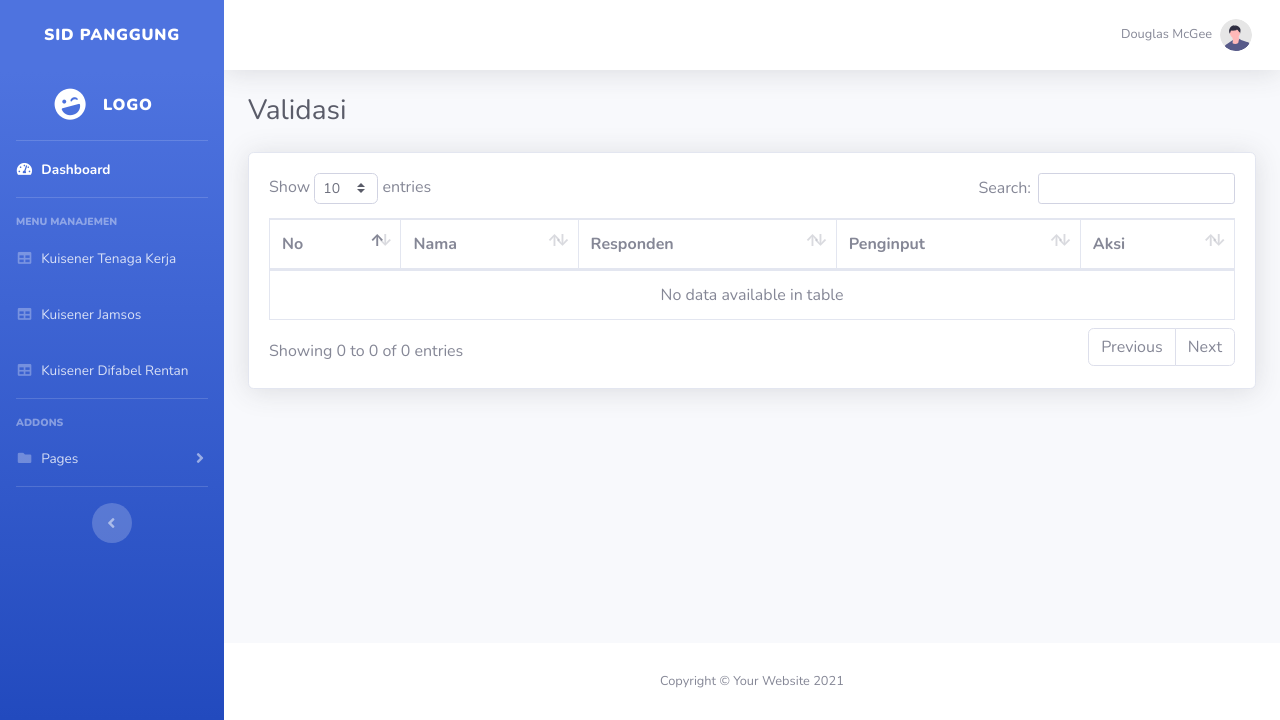
Repository: rusmn06/webpanggung
Page: http://localhost/admin/tenagakerja
The author's editor kept a copy of each file at every save. The page is drawn from the files as they stood at one save, then again after the next save.
The browser window is 1280 px wide. The pictures show the whole page.
The page is served by the project's Laravel application, run on PHP 8.4 with Laravel 12. A made-up administrator, Test User (test@example.com), is signed in. Other server files are loaded and not shown. Queries for data that is not in the repository find no rows.

Above is the page before, as saved 2025-05-25 10:09:50.

### app/Models/User.php
<?php

namespace App\Models;

use Illuminate\Database\Eloquent\Factories\HasFactory;
use Illuminate\Foundation\Auth\User as Authenticatable;
use Illuminate\Notifications\Notifiable;

class User extends Authenticatable
{
    use HasFactory, Notifiable;

    protected $fillable = [
        'name',
        'username',
        'password',
        'role',
    ];

    protected $hidden = [
        'password',
        'remember_token',
    ];

    protected $casts = [
        'password' => 'hashed',
    ];

    public function isAdmin()
    {
        return $this->role === 'admin';
    }

    public function isUser()
    {
        return $this->role === 'user';
    }
}

### app/Http/Controllers/Admin/TenagaKerjaVerifController.php
<?php

namespace App\Http\Controllers\Admin;

use App\Http\Controllers\Controller;
use Illuminate\Http\Request;
use App\Models\RumahTangga; // <-- Ganti ke RumahTangga
// Hapus TenagaKerja jika tidak dipakai lagi
// use App\Models\TenagaKerja;
use Illuminate\Support\Facades\Auth;
use Illuminate\Support\Facades\Storage; // <-- Tambahkan untuk handle TTD lama

class TenagaKerjaVerifController extends Controller
{
    /**
     * Menampilkan daftar Rumah Tangga yang statusnya 'pending'.
     */
    public function index()
    {
        // Ambil data RumahTangga, bukan TenagaKerja
        $items = RumahTangga::where('status_validasi', 'pending')
                            ->orderBy('created_at', 'desc') // Urutkan berdasarkan terbaru
                            ->paginate(15);

        // Ganti view jika perlu, atau pastikan view index bisa handle $items (RumahTangga)
        return view('admin.tkw.index', compact('items'));
    }

    /**
     * Menampilkan detail Rumah Tangga dan anggotanya untuk divalidasi.
     */
    public function show($id)
    {
        // Ambil RumahTangga DENGAN anggotanya (Eager Loading)
        $item = RumahTangga::with('anggotaKeluarga')->findOrFail($id);
        // Ganti view jika perlu, atau pastikan view show bisa handle $item (RumahTangga)
        return view('admin.tkw.show', compact('item'));
    }

    /**
     * Memproses persetujuan (approve) data Rumah Tangga.
     */
    public function approve(Request $request, $id)
    {
        $item = RumahTangga::findOrFail($id); // Ambil RumahTangga

        // Validasi input admin
        $data = $request->validate([
            'admin_tgl_validasi'     => 'required|date',
            'admin_nama_kepaladusun' => 'required|string|max:100', // Ganti max:100
            'admin_ttd_pendata'      => 'nullable|image|mimes:jpeg,png,jpg|max:2048',
        ]);

        // Handle upload TTD Admin
        if ($request->hasFile('admin_ttd_pendata')) {
            // Hapus TTD lama jika ada
            if ($item->admin_ttd_pendata) {
                Storage::disk('public')->delete('ttd/' . $item->admin_ttd_pendata); // Sesuaikan path jika perlu
            }
            $path = $request->file('admin_ttd_pendata')->store('ttd/admin', 'public'); // Simpan ke folder admin
            $data['admin_ttd_pendata'] = basename($path);
        }

        // Set status dan ID admin
        $data['status_validasi'] = 'validated';
        // $data['admin_id']        = Auth::id(); // Pastikan kamu punya kolom admin_id jika perlu

        // Update data RumahTangga
        $item->update($data);

        return redirect()
            ->route('admin.tkw.index')
            ->with('success', 'Data rumah tangga #'.$id.' berhasil divalidasi!');
    }

    /**
     * Menandai data Rumah Tangga sebagai ditolak (reject).
     */
    public function reject($id)
    {
        $item = RumahTangga::findOrFail($id); // Ambil RumahTangga
        $item->update(['status_validasi' => 'rejected']); // Update statusnya

        return redirect()->route('admin.tkw.index')
                         ->with('warning', 'Data rumah tangga #'.$id.' ditolak.');
    }
}

### app/Models/RumahTangga.php
<?php

namespace App\Models;

use Illuminate\Database\Eloquent\Factories\HasFactory;
use Illuminate\Database\Eloquent\Model;
use Illuminate\Database\Eloquent\Casts\Attribute;

class RumahTangga extends Model
{
    use HasFactory;

    protected $table = 'fm_rumah_tangga';

    // $fillable, $casts, dan relasi
    protected $fillable = [
        'provinsi', 'kabupaten', 'kecamatan', 'desa', 'rt', 'rw',
        'tgl_pembuatan', 'nama_pendata', 'nama_responden',
        'jart', 'jart_ab', 'jart_tb', 'jart_ms', 'jpr2rtp',
        'verif_tgl_pembuatan', 'verif_nama_pendata', 'ttd_pendata',
        'status_validasi', 'user_id',
        'admin_tgl_validasi', 'admin_nama_kepaladusun', 'admin_ttd_pendata',
    ];

    protected $casts = [
        'tgl_pembuatan' => 'date',
        'verif_tgl_pembuatan' => 'date',
        'admin_tgl_validasi' => 'date',
    ];

    public function anggotaKeluarga()
    {
        return $this->hasMany(AnggotaKeluarga::class);
    }

    public function user()
    {
        return $this->belongsTo(User::class);
    }

}

### resources/views/admin/tkw/index.blade.php
{{-- resources/views/pages/tenagakerja/index.blade.php --}}
@extends('layouts.main')

@section('title', 'Validasi')

@push('styles')
    <!-- DataTables CSS -->
    <link href="{{ asset('template/vendor/datatables/dataTables.bootstrap4.min.css') }}" rel="stylesheet">
@endpush

@section('content')
    <!-- Page Heading -->
    <div class="d-sm-flex align-items-center justify-content-between mb-4">
        <h1 class="h3 mb-0 text-gray-800">Validasi</h1>
    </div>

    <!-- DataTables -->
    <div class="card shadow mb-4">
        <div class="card-body">
            <div class="table-responsive">
                <table id="dataTable" class="table table-bordered" width="100%" cellspacing="0">
                    <thead>
                        <tr>
                            <th>No</th>
                            <th>Nama</th>
                            <th>Responden</th>
                            <th>Penginput</th>
                            <th>Aksi</th>
                        </tr>
                    </thead>
                    <tbody>
                        @foreach($items as $item)
                            <tr>
                                <td>{{ $items->firstItem() + $loop->index }}</td>
                                <td>{{ $item->nama }}</td>
                                <td>{{ $item->nama_responden }}</td>
                                <td>{{ $item->verif_nama_pendata }}</td>
                                <td>
                                    <a href="{{ route('admin.tkw.show', $item->id) }}"
                                       class="btn btn-sm btn-primary">
                                        Lihat &amp; Validasi
                                    </a>
                                </td>
                            </tr>
                        @endforeach
                    </tbody>
                </table>
                {{ $items->links() }}
            </div>
        </div>
    </div>
@endsection

@push('scripts')
    <!-- DataTables JS -->
    <script src="{{ asset('template/vendor/datatables/jquery.dataTables.min.js') }}"></script>
    <script src="{{ asset('template/vendor/datatables/dataTables.bootstrap4.min.js') }}"></script>
    <script>
        $(function() {
            $('#dataTable').DataTable({
                // Opsi tambahan (optional):
                // "ordering": false, // non‐urutkan kolom
                // "paging": true,    // pakai paging client‐side
            });
        });
    </script>
@endpush

### resources/views/layouts/main.blade.php
<!DOCTYPE html>
<html lang="en">
<head>
    <meta charset="utf-8">
    <meta http-equiv="X-UA-Compatible" content="IE=edge">
    <meta name="viewport" content="width=device-width, initial-scale=1, shrink-to-fit=no">
    <title>@yield('title', 'Dashboard')</title>

    <!-- Fonts & Icons -->
    <link href="{{ asset('template/vendor/fontawesome-free/css/all.min.css') }}" rel="stylesheet">
    <link href="https://fonts.googleapis.com/css?family=Nunito:200,300,400,700,900" rel="stylesheet">

    <!-- SB Admin 2 CSS -->
    <link href="{{ asset('template/css/sb-admin-2.min.css') }}" rel="stylesheet">
    @stack('styles')
</head>
<body id="page-top">
    <div id="wrapper">
        @include('layouts.sidebar')
        <div id="content-wrapper" class="d-flex flex-column">
            <div id="content">
                @include('layouts.navbar')
                <div class="container-fluid">
                    @yield('content')
                </div>
            </div>
            @include('layouts.footer')
        </div>
    </div>

    <!-- Scroll to Top-->
    <a class="scroll-to-top rounded" href="#page-top">
        <i class="fas fa-angle-up"></i>
    </a>

    <!-- Logout Modal-->
    <div class="modal fade" id="logoutModal" tabindex="-1" role="dialog" aria-labelledby="exampleModalLabel"
        aria-hidden="true">
        <div class="modal-dialog" role="document">
            <div class="modal-content">
                <div class="modal-header">
                    <h5 class="modal-title" id="exampleModalLabel">Ready to Leave?</h5>
                    <button class="close" type="button" data-dismiss="modal" aria-label="Close">
                        <span aria-hidden="true">×</span>
                    </button>
                </div>
                <div class="modal-body">Select "Logout" below if you are ready to end your current session.</div>
                <div class="modal-footer">
                    <button class="btn btn-secondary" type="button" data-dismiss="modal">Cancel</button>
                    <a class="btn btn-primary" href="login.html">Logout</a>
                </div>
            </div>
        </div>
    </div>

    <!-- JS -->
    <script src="{{ asset('template/vendor/jquery/jquery.min.js') }}"></script>
    <script src="{{ asset('template/vendor/bootstrap/js/bootstrap.bundle.min.js') }}"></script>
    <script src="{{ asset('template/vendor/jquery-easing/jquery.easing.min.js') }}"></script>
    <script src="{{ asset('template/js/sb-admin-2.min.js') }}"></script>
    @stack('scripts')
</body>
</html>

### resources/views/layouts/sidebar.blade.php
<ul class="navbar-nav bg-gradient-primary sidebar sidebar-dark accordion" id="accordionSidebar">

            <!-- Sidebar - Brand -->
            <a class="sidebar-brand d-flex align-items-center justify-content-center" href="/dashboard">
                <div class="sidebar-brand-text mx-3">SID Panggung</div>
            </a>

            <!-- Sidebar - Brand -->
            <a class="sidebar-brand d-flex align-items-center justify-content-center" href="/dashboard">
                <div class="sidebar-brand-icon rotate-n-15">
                    <i class="fas fa-laugh-wink"></i>
                </div>
                <div class="sidebar-brand-text mx-3">LOGO</div>
            </a>

            <!-- Divider -->
            <hr class="sidebar-divider my-0">

            <!-- Nav Item - Dashboard -->
            <li class="nav-item active">
                <a class="nav-link" href="/dashboard">
                    <i class="fas fa-fw fa-tachometer-alt"></i>
                    <span>Dashboard</span></a>
            </li>

            <!-- Divider -->
            <hr class="sidebar-divider">

            <!-- Heading -->
            <div class="sidebar-heading">
                Menu Manajemen
            </div>

            <!-- Nav Item - Kuisener Tenaga Kerja -->
            <li class="nav-item">
                <a class="nav-link" href="/tenagakerja">
                    <i class="fas fa-fw fa-table"></i>
                    <span>Kuisener Tenaga Kerja</span></a>
            </li>

            <!-- Nav Item - Kuisener Jamsos -->
            <li class="nav-item">
                <a class="nav-link" href="/jamsos">
                    <i class="fas fa-fw fa-table"></i>
                    <span>Kuisener Jamsos</span></a>
            </li>

            <!-- Nav Item - Kuisener Difabel Rentan -->
            <li class="nav-item">
                <a class="nav-link" href="/difabelrentan">
                    <i class="fas fa-fw fa-table"></i>
                    <span>Kuisener Difabel Rentan</span></a>
            </li>

            <!-- Divider -->
            <hr class="sidebar-divider">

            <!-- Heading -->
            <div class="sidebar-heading">
                Addons
            </div>

            <!-- Nav Item - Pages Collapse Menu -->
            <li class="nav-item">
                <a class="nav-link collapsed" href="#" data-toggle="collapse" data-target="#collapsePages"
                    aria-expanded="true" aria-controls="collapsePages">
                    <i class="fas fa-fw fa-folder"></i>
                    <span>Pages</span>
                </a>
                <div id="collapsePages" class="collapse" aria-labelledby="headingPages" data-parent="#accordionSidebar">
                    <div class="bg-white py-2 collapse-inner rounded">
                        <h6 class="collapse-header">Login Screens:</h6>
                        <a class="collapse-item" href="login.html">Login</a>
                        <a class="collapse-item" href="register.html">Register</a>
                        <a class="collapse-item" href="forgot-password.html">Forgot Password</a>
                        <div class="collapse-divider"></div>
                    </div>
                </div>
            </li>

            <!-- Divider -->
            <hr class="sidebar-divider d-none d-md-block">

            <!-- Sidebar Toggler (Sidebar) -->
            <div class="text-center d-none d-md-inline">
                <button class="rounded-circle border-0" id="sidebarToggle"></button>
            </div>

        </ul>

### resources/views/layouts/navbar.blade.php
<nav class="navbar navbar-expand navbar-light bg-white topbar mb-4 static-top shadow">

    <!-- Sidebar Toggle (Topbar) -->
    <button id="sidebarToggleTop" class="btn btn-link d-md-none rounded-circle mr-3">
        <i class="fa fa-bars"></i>
    </button>

    <!-- Topbar Navbar -->
    <ul class="navbar-nav ml-auto">

        <!-- Nav Item - Search Dropdown (Visible Only XS) -->
        <li class="nav-item dropdown no-arrow d-sm-none">
            <a class="nav-link dropdown-toggle" href="#" id="searchDropdown" role="button"
                data-toggle="dropdown" aria-haspopup="true" aria-expanded="false">
                <i class="fas fa-search fa-fw"></i>
            </a>
            <!-- Dropdown - Search -->
            <div class="dropdown-menu dropdown-menu-right p-3 shadow animated--grow-in"
                aria-labelledby="searchDropdown">
                <form class="form-inline mr-auto w-100 navbar-search">
                    <div class="input-group">
                        <input type="text" class="form-control bg-light border-0 small"
                            placeholder="Search for..." aria-label="Search"
                            aria-describedby="basic-addon2">
                        <div class="input-group-append">
                            <button class="btn btn-primary" type="button">
                                <i class="fas fa-search fa-sm"></i>
                            </button>
                        </div>
                    </div>
                </form>
            </div>
        </li>

        <!-- Nav Item - User Information -->
        <li class="nav-item dropdown no-arrow">
            <a class="nav-link dropdown-toggle" href="#" id="userDropdown" role="button"
                data-toggle="dropdown" aria-haspopup="true" aria-expanded="false">
                <span class="mr-2 d-none d-lg-inline text-gray-600 small">Douglas McGee</span>
                <img class="img-profile rounded-circle"
                    src="{{ asset('template/img/undraw_profile.svg') }}">
            </a>
            <div class="dropdown-menu dropdown-menu-right shadow animated--grow-in"
                aria-labelledby="userDropdown">
                <a class="dropdown-item" href="#">
                    <i class="fas fa-user fa-sm fa-fw mr-2 text-gray-400"></i>
                    Profile
                </a>
                <a class="dropdown-item" href="#">
                    <i class="fas fa-cogs fa-sm fa-fw mr-2 text-gray-400"></i>
                    Settings
                </a>
                <a class="dropdown-item" href="#">
                    <i class="fas fa-list fa-sm fa-fw mr-2 text-gray-400"></i>
                    Activity Log
                </a>
                <div class="dropdown-divider"></div>

                <!-- Tombol trigger modal logout -->
                <a class="dropdown-item" href="#" data-toggle="modal" data-target="#logoutModal">
                    <i class="fas fa-sign-out-alt fa-sm fa-fw mr-2 text-gray-400"></i>
                    Logout
                </a>
            </div>
        </li>
    </ul>
</nav>

<!-- Modal Logout -->
<div class="modal fade" id="logoutModal" tabindex="-1" role="dialog" aria-labelledby="logoutModalLabel"
    aria-hidden="true">
    <div class="modal-dialog" role="document">
        <div class="modal-content">
            <div class="modal-header">
                <h5 class="modal-title">Yakin ingin logout?</h5>
                <button class="close" type="button" data-dismiss="modal" aria-label="Close">
                    <span aria-hidden="true">×</span>
                </button>
            </div>
            <div class="modal-body">Pilih "Logout" di bawah jika kamu yakin ingin keluar dari sesi ini.</div>
            <div class="modal-footer">
                <button class="btn btn-secondary" type="button" data-dismiss="modal">Batal</button>
                <form id="logout-form" action="{{ route('logout') }}" method="POST" class="d-inline">
                    @csrf
                    <button class="btn btn-primary" type="submit">Logout</button>
                </form>
            </div>
        </div>
    </div>
</div>

Loaded but not shown: app/Providers/AppServiceProvider.php (common file); app/Http/Controllers/Controller.php (common file); resources/views/layouts/footer.blade.php (common file); public/template/css/sb-admin-2.min.css (library); public/template/js/sb-admin-2.min.js (common file); public/template/img/undraw_profile.svg (38 lines, source omitted); routes/web.php (134 lines, source omitted)

After the next save:
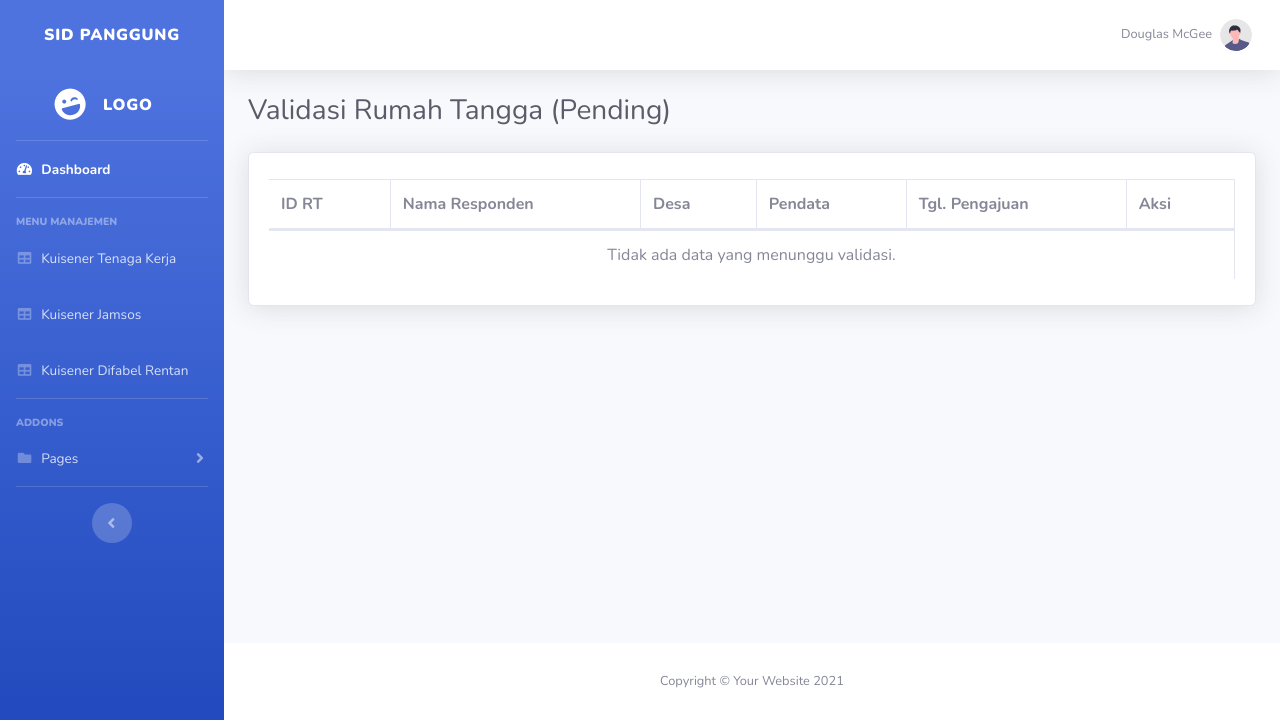
Console error: TypeError: Cannot set properties of undefined (setting '_DT_CellIndex')
Saved 2 min 33 s later.
--- a/resources/views/admin/tkw/index.blade.php
+++ b/resources/views/admin/tkw/index.blade.php
@@ -1,66 +1,77 @@
-{{-- resources/views/pages/tenagakerja/index.blade.php --}}
 @extends('layouts.main')
 
-@section('title', 'Validasi')
+@section('title', 'Daftar Validasi') {{-- Judul diubah --}}
 
 @push('styles')
-    <!-- DataTables CSS -->
     <link href="{{ asset('template/vendor/datatables/dataTables.bootstrap4.min.css') }}" rel="stylesheet">
 @endpush
 
 @section('content')
-    <!-- Page Heading -->
     <div class="d-sm-flex align-items-center justify-content-between mb-4">
-        <h1 class="h3 mb-0 text-gray-800">Validasi</h1>
+        <h1 class="h3 mb-0 text-gray-800">Validasi Rumah Tangga (Pending)</h1>
     </div>
 
-    <!-- DataTables -->
     <div class="card shadow mb-4">
         <div class="card-body">
+            @if(session('success'))
+                <div class="alert alert-success">{{ session('success') }}</div>
+            @endif
+            @if(session('warning'))
+                <div class="alert alert-warning">{{ session('warning') }}</div>
+            @endif
             <div class="table-responsive">
                 <table id="dataTable" class="table table-bordered" width="100%" cellspacing="0">
                     <thead>
                         <tr>
-                            <th>No</th>
-                            <th>Nama</th>
-                            <th>Responden</th>
-                            <th>Penginput</th>
+                            <th>ID RT</th> {{-- ID Rumah Tangga --}}
+                            <th>Nama Responden</th> {{-- Nama Responden --}}
+                            <th>Desa</th> {{-- Desa --}}
+                            <th>Pendata</th> {{-- Pendata --}}
+                            <th>Tgl. Pengajuan</th> {{-- Tanggal Pengajuan --}}
                             <th>Aksi</th>
                         </tr>
                     </thead>
                     <tbody>
-                        @foreach($items as $item)
+                        @forelse($items as $item) {{-- $items sekarang adalah RumahTangga --}}
                             <tr>
-                                <td>{{ $items->firstItem() + $loop->index }}</td>
-                                <td>{{ $item->nama }}</td>
+                                <td>{{ $item->id }}</td>
                                 <td>{{ $item->nama_responden }}</td>
-                                <td>{{ $item->verif_nama_pendata }}</td>
+                                <td>{{ $item->desa }}</td>
+                                <td>{{ $item->nama_pendata }}</td>
+                                <td>{{ \Carbon\Carbon::parse($item->tgl_pembuatan)->isoFormat('DD MMM YYYY') }}</td>
                                 <td>
+                                    {{-- Link tetap ke show, tapi sekarang ID-nya adalah ID RumahTangga --}}
                                     <a href="{{ route('admin.tkw.show', $item->id) }}"
                                        class="btn btn-sm btn-primary">
-                                        Lihat &amp; Validasi
+                                        <i class="fas fa-eye"></i> Lihat &amp; Validasi
                                     </a>
                                 </td>
                             </tr>
-                        @endforeach
+                        @empty
+                            <tr>
+                                <td colspan="6" class="text-center">Tidak ada data yang menunggu validasi.</td>
+                            </tr>
+                        @endforelse
                     </tbody>
                 </table>
-                {{ $items->links() }}
+                {{-- Tampilkan pagination jika ada --}}
+                @if($items->count() > 0)
+                  {{ $items->links() }}
+                @endif
             </div>
         </div>
     </div>
 @endsection
 
 @push('scripts')
-    <!-- DataTables JS -->
     <script src="{{ asset('template/vendor/datatables/jquery.dataTables.min.js') }}"></script>
     <script src="{{ asset('template/vendor/datatables/dataTables.bootstrap4.min.js') }}"></script>
     <script>
-        $(function() {
+        $(document).ready(function() {
             $('#dataTable').DataTable({
-                // Opsi tambahan (optional):
-                // "ordering": false, // non‐urutkan kolom
-                // "paging": true,    // pakai paging client‐side
+                "paging": false, // Matikan paging DataTables jika pakai paging Laravel
+                "info": false,   // Matikan info DataTables jika pakai paging Laravel
+                "searching": true // Biarkan searching aktif
             });
         });
     </script>
